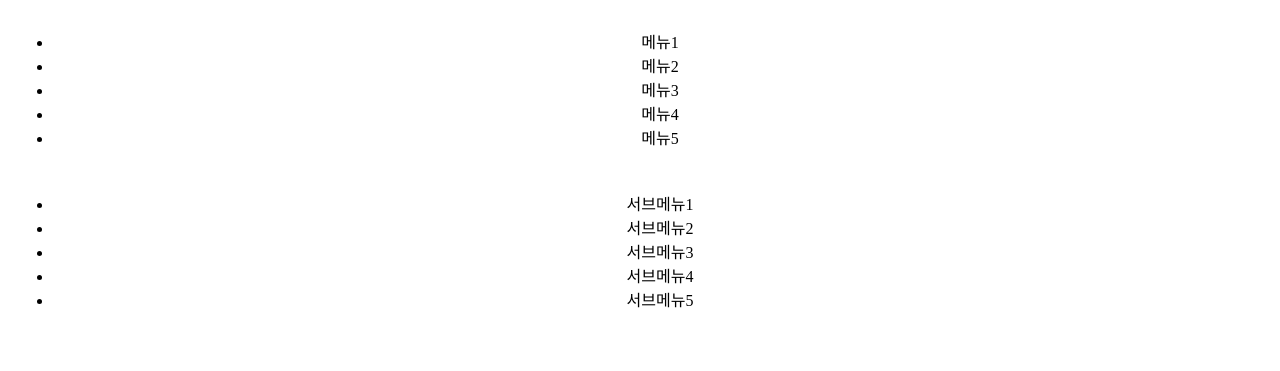
Repository: Ahn-jeong/javabasic
Page: 1.BasicJava/workspace/basic/WebContent/1024/기본슬라이드.html
These files come from the project's save history. The page is drawn as it stood at one moment and after the next save; the edit follows.
The browser window is 1280 px wide. The pictures show the whole page.

Above is the page before, as saved 2019-10-24 04:42:36.

### 1.BasicJava/workspace/basic/WebContent/1024/기본슬라이드.html
<!DOCTYPE html>
	<html>
	<head>
		<meta charset="UTF-8">
		<title>Insert title here</title>
	</head>
	<style>
		#panel, #flip{
			text-align: center;
			padding : 5px;
		}
	</style>
	<body>
		<div id = "flip">
			<ul>
				<li>메뉴1</li>
				<li>메뉴2</li>
				<li>메뉴3</li>
				<li>메뉴4</li>
				<li>메뉴5</li>
			</ul>
		</div>
		<div id = "panel" class = "fade">
			<ul class = "menu">
				<li>서브메뉴1</li>
				<li>서브메뉴2</li>
				<li>서브메뉴3</li>
				<li>서브메뉴4</li>
				<li>서브메뉴5</li>
			</ul>
		</div>
	</body>
</html>

After the next save:
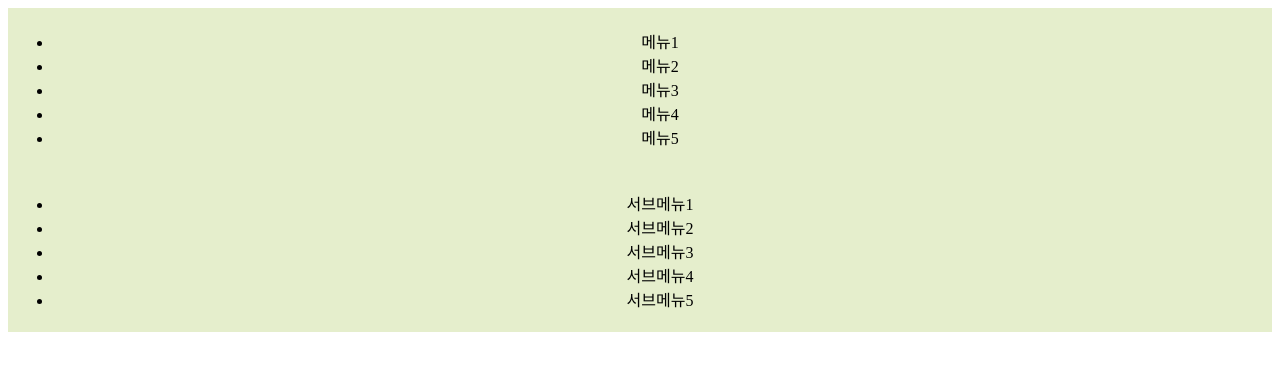
Saved 13 s later.
--- a/1.BasicJava/workspace/basic/WebContent/1024/기본슬라이드.html
+++ b/1.BasicJava/workspace/basic/WebContent/1024/기본슬라이드.html
@@ -8,6 +8,7 @@
 		#panel, #flip{
 			text-align: center;
 			padding : 5px;
+			background-color: #e5eecc;
 		}
 	</style>
 	<body>
